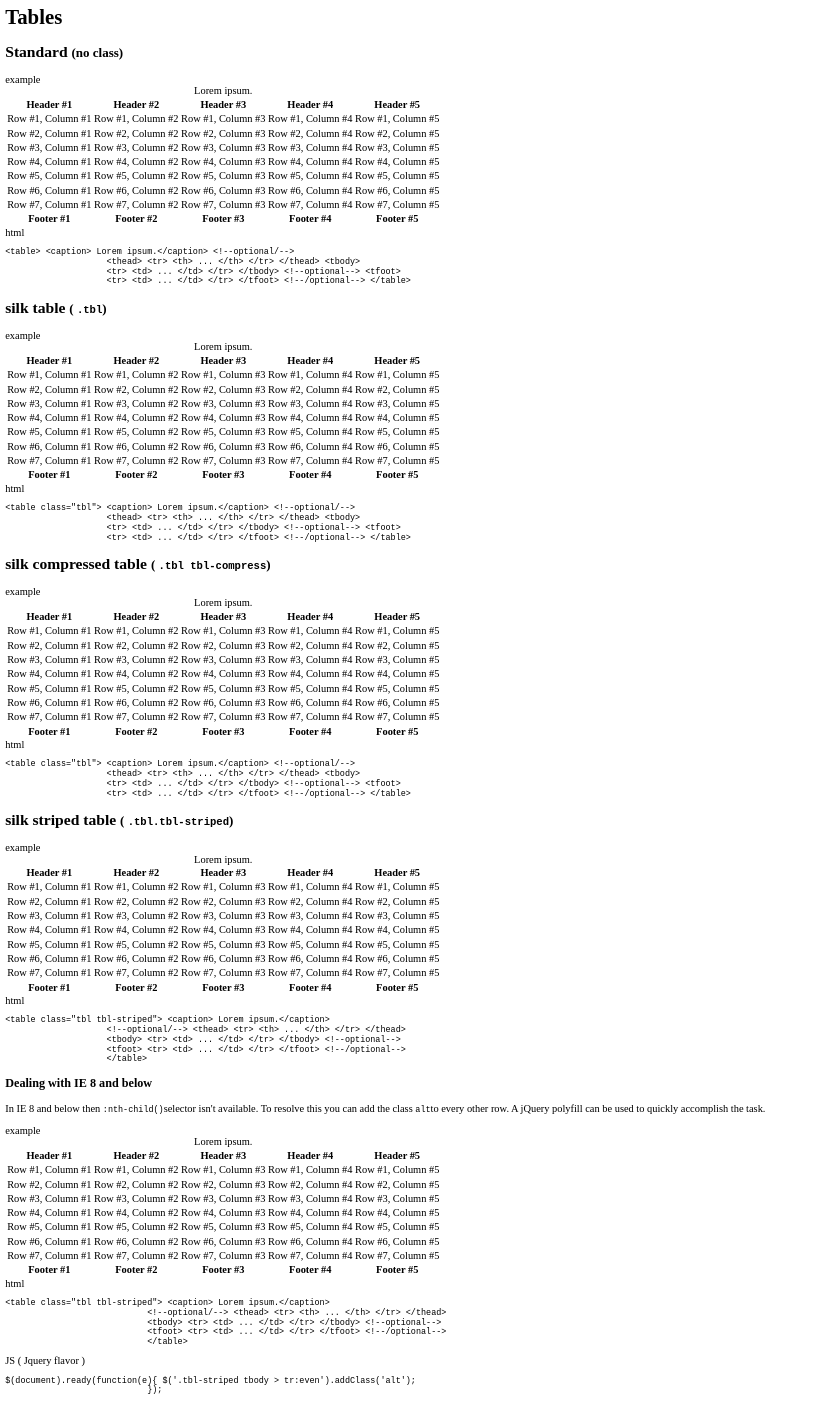
Repository: sympolinc/silk
Page: http://localhost/views/tables.php
The author's editor kept a record of every edit. The page is drawn from the files as they stood at one moment, then again after the next edit.
The browser window is 1280 px wide. The pictures show the whole page, at 65% of full size.
The page is run by PHP 8.4 with error messages shown; the project is at /var/www/html/.

Above is the page before.

After the next edit:
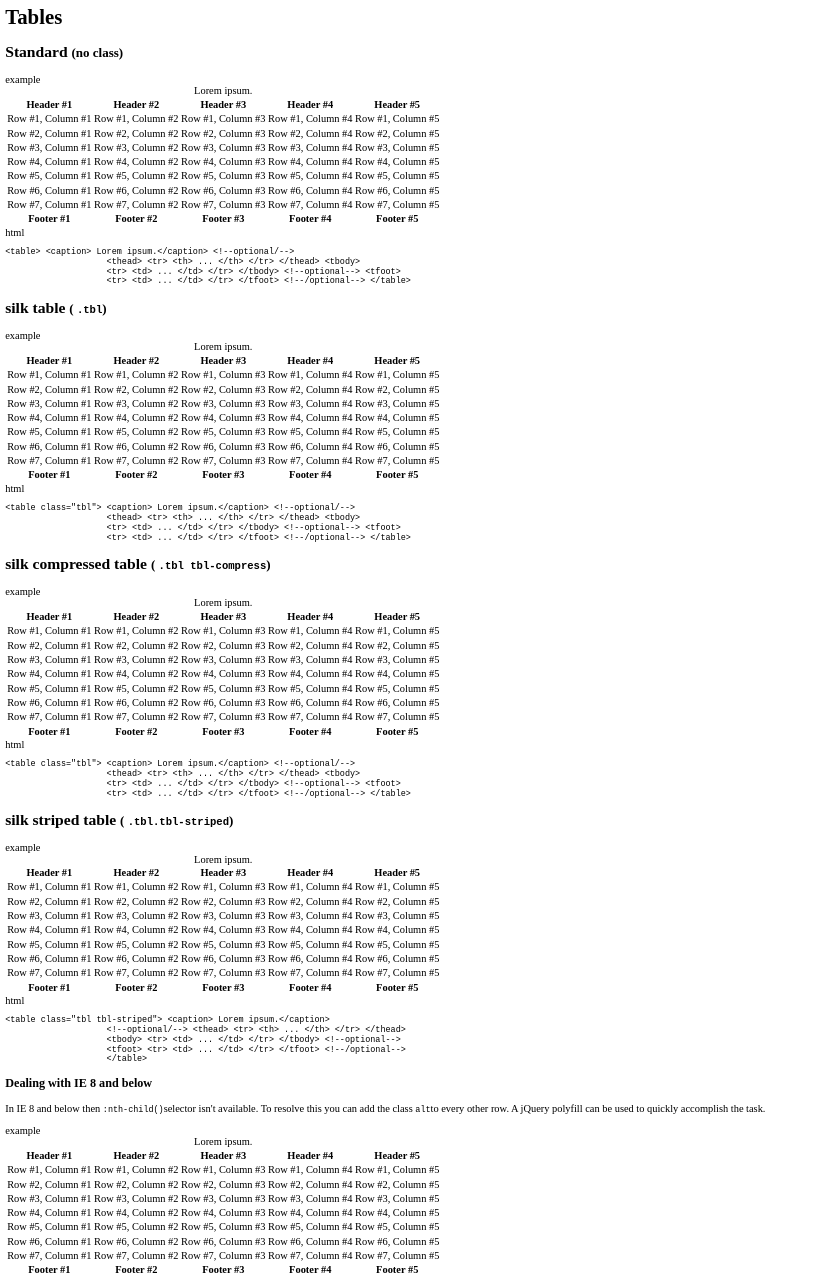
The edit:
--- a/views/tables.php
+++ b/views/tables.php
@@ -431,19 +431,6 @@
                             </tr>
                         </tfoot>
                     </table>
-                    <div class="silk-example example">
-                        <span class="lang">html</span>
-                        <pre class="prettyprint lang-html">&lt;table class="tbl tbl-striped"> &lt;caption> Lorem ipsum.&lt;/caption>
-                            &lt;!--optional/--> &lt;thead> &lt;tr> &lt;th> ... &lt;/th> &lt;/tr> &lt;/thead>
-                            &lt;tbody> &lt;tr> &lt;td> ... &lt;/td> &lt;/tr> &lt;/tbody> &lt;!--optional-->
-                            &lt;tfoot> &lt;tr> &lt;td> ... &lt;/td> &lt;/tr> &lt;/tfoot> &lt;!--/optional-->
-                            &lt;/table></pre>
-                    </div>
-                    <div class="silk-example example">
-                        <span class="lang">JS ( Jquery flavor )</span>
-                        <pre class="prettyprint">$(document).ready(function(e){ $('.tbl-striped tbody > tr:even').addClass('alt');
-                            });</pre>
-                    </div>
                 </div>
             </div>
         </div>
